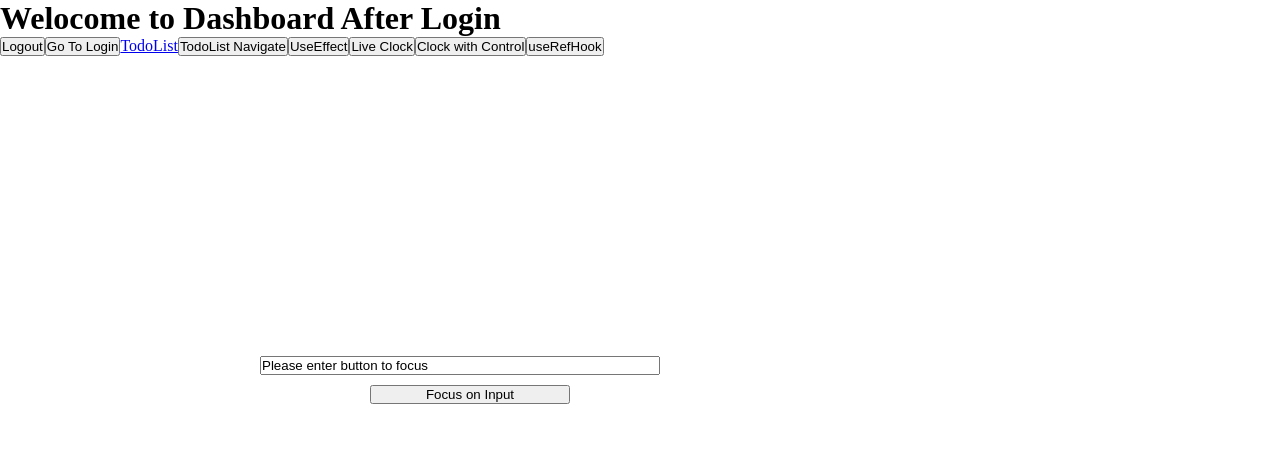
Repository: harshrathore123/ReactPractice
Page: /dashboard/useRefHook (app in my-app/)
These files come from the project's save history. The page is drawn as it stood at one moment and after the next save; the edit follows.
The browser window is 1280 px wide. The pictures show the whole page.
The project was rebuilt for these pictures with package versions that can differ from the ones it lists, and the page was loaded fresh each time. Also part of the build but not shown: my-app/vite.config.js, my-app/src/component/Desctructuing.jsx, my-app/src/component/FirstName.jsx, my-app/src/component/Increment.jsx, my-app/src/component/Event.jsx, my-app/src/component/Form.jsx, my-app/src/component/Rendering.jsx, my-app/src/component/RenderingList.jsx and 7 more.

Above is the page before, as saved 2025-10-13 12:53:07.

After the next save:
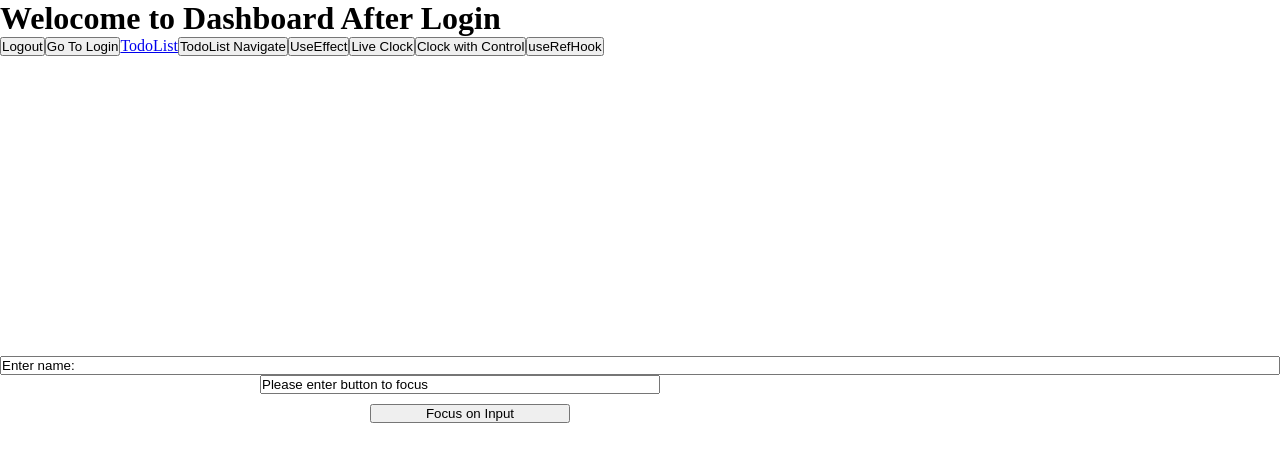
Saved 37 s later.
--- a/my-app/src/component/Hooks/useRefHook.jsx
+++ b/my-app/src/component/Hooks/useRefHook.jsx
@@ -9,6 +9,7 @@ export default function UseRefHook(){
     return(
         <>
         <div className="coainer" style={{display:"flex",justifyContent:"center",alignContent:"center",marginTop:"300px",flexDirection:"column"}}>
+        <input type="text" placeholder="Enter name:"/>
         <input ref={refe} type="text" placeholder="Please enter button to focus" style={{width:"400px",marginLeft:"260px"}} />
         <button onClick={focusInput} style={{width:"200px",marginLeft:"370px",marginTop:"10px"}}>Focus on Input</button>
         </div>
